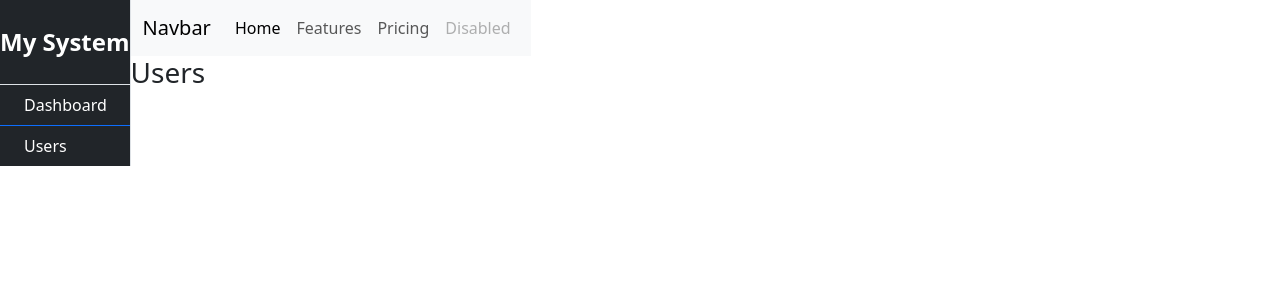
Repository: jaevoy2/lara_demo
Page: http://localhost/users
These files come from the project's save history. The page is drawn as it stood at one moment and after the next save; the edit follows.
The browser window is 1280 px wide. The pictures show the whole page.
The page is served by the project's Laravel application, run on PHP 8.4 with Laravel 12. Other server files are loaded and not shown.

Above is the page before, as saved 2026-07-17 11:08:13.

### routes/web.php
<?php

use Illuminate\Support\Facades\Route;
use App\Http\Controllers\UserController;
use App\Http\Controllers\StudentController;


Route::get('/', function () {
    return view('dashboard');
});

Route::get('/users', [UserController::class, 'userView'])->name('users');





// Route::post('/user-login', [UserController::class, 'userLogin'])->name('userLogin');
// Route::get('/student', [StudentController::class, 'studentsPage'])->name('student-page');

// Route::get('get-students', [StudentController::class, getStudents])->name('get-stude')

### app/Http/Controllers/UserController.php
<?php

namespace App\Http\Controllers;

use Illuminate\Http\Request;
use Illuminate\Support\Facades\Auth;
use Illuminate\Support\Facades\Hash;
use App\Models\User;

class UserController extends Controller
{
    public function userLogin(Request $request) {
        if(empty($request->email) || empty($request->password)) {
            return redirect(route('login'))
            ->with('error', 'Email and password are requires');
        }

        $request->validate([
            'email' => 'required',
            'password' => 'required',
        ]);

        $credentials = $request->only('email', 'password');

        if(Auth::attempt($credentials)) {
            $request->session()->put('loginID', Auth::user()->id);

            return redirect()->intended(route('home'))
                ->with('success', 'Logged In');
        }else{
            return redirect(route('login'))
                ->withInput()
                ->with('error', 'Invalid credentials');
        }
    }

    public function loginPage() {
        return view('login');
    }

    public function userView() {
        return view('users');
    }
}

### resources/views/users.blade.php
@extends('layout._head')

@section('content')
    <div class="">
        <h3 class="">Users</h3>
    </div>
@endsection

### resources/views/layout/_head.blade.php
<!DOCTYPE html>
<html lang="en">
<head>
    <meta charset="UTF-8">
    <meta name="viewport" content="width=device-width, initial-scale=1.0">
    <link href="https://cdn.jsdelivr.net/npm/bootstrap@5.3.8/dist/css/bootstrap.min.css" rel="stylesheet" integrity="sha384-sRIl4kxILFvY47J16cr9ZwB07vP4J8+LH7qKQnuqkuIAvNWLzeN8tE5YBujZqJLB" crossorigin="anonymous">
    <title>Document</title>
</head>
<body>

    <div class="d-flex">
        @include('layout._sidebar')

        <div>
            @include('layout._navbar')
            @yield('content')
        </div>
    </div>



    <script src="https://cdn.jsdelivr.net/npm/bootstrap@5.3.8/dist/js/bootstrap.bundle.min.js" integrity="sha384-FKyoEForCGlyvwx9Hj09JcYn3nv7wiPVlz7YYwJrWVcXK/BmnVDxM+D2scQbITxI" crossorigin="anonymous"></script>
</body>
</html>

### resources/views/layout/_sidebar.blade.php
<div class="d-flex" id="wrapper">
    <div class="bg-dark text-white border-end" id="sidebar-wrapper">
        <div class="sidebar-heading text-center py-4 fs-4 fw-bold border-bottom">
            My System
        </div>

        <div class="list-group list-group-flush">

            <a href="#" class="list-group-item list-group-item-action bg-dark text-white active">
                <i class="bi bi-speedometer2 me-2"></i> Dashboard
            </a>

            <a href="{{ route('users') }}" class="list-group-item list-group-item-action bg-dark text-white">
                <i class="bi bi-people me-2"></i> Users
            </a>

        </div>
    </div>

</div>

### resources/views/layout/_navbar.blade.php
<nav class="navbar navbar-expand-lg navbar-light bg-light">
  <div class="container-fluid">
    <a class="navbar-brand" href="#">Navbar</a>
    <button class="navbar-toggler" type="button" data-bs-toggle="collapse" data-bs-target="#navbarNavAltMarkup" aria-controls="navbarNavAltMarkup" aria-expanded="false" aria-label="Toggle navigation">
      <span class="navbar-toggler-icon"></span>
    </button>
    <div class="collapse navbar-collapse" id="navbarNavAltMarkup">
      <div class="navbar-nav">
        <a class="nav-link active" aria-current="page" href="#">Home</a>
        <a class="nav-link" href="#">Features</a>
        <a class="nav-link" href="#">Pricing</a>
        <a class="nav-link disabled" href="#" tabindex="-1" aria-disabled="true">Disabled</a>
      </div>
    </div>
  </div>
</nav>

Loaded but not shown: app/Http/Controllers/Controller.php (common file)

After the next save:
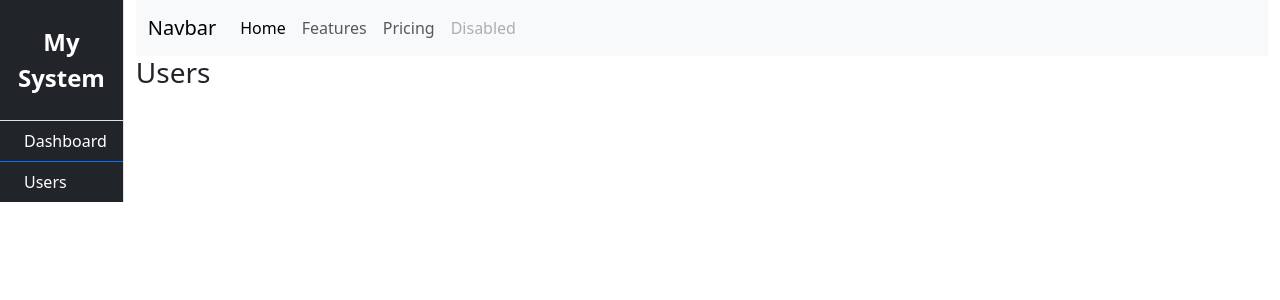
Saved 40 s later.
--- a/resources/views/layout/_head.blade.php
+++ b/resources/views/layout/_head.blade.php
@@ -11,7 +11,7 @@
     <div class="d-flex">
         @include('layout._sidebar')
 
-        <div>
+        <div class="container-fluid">
             @include('layout._navbar')
             @yield('content')
         </div>
